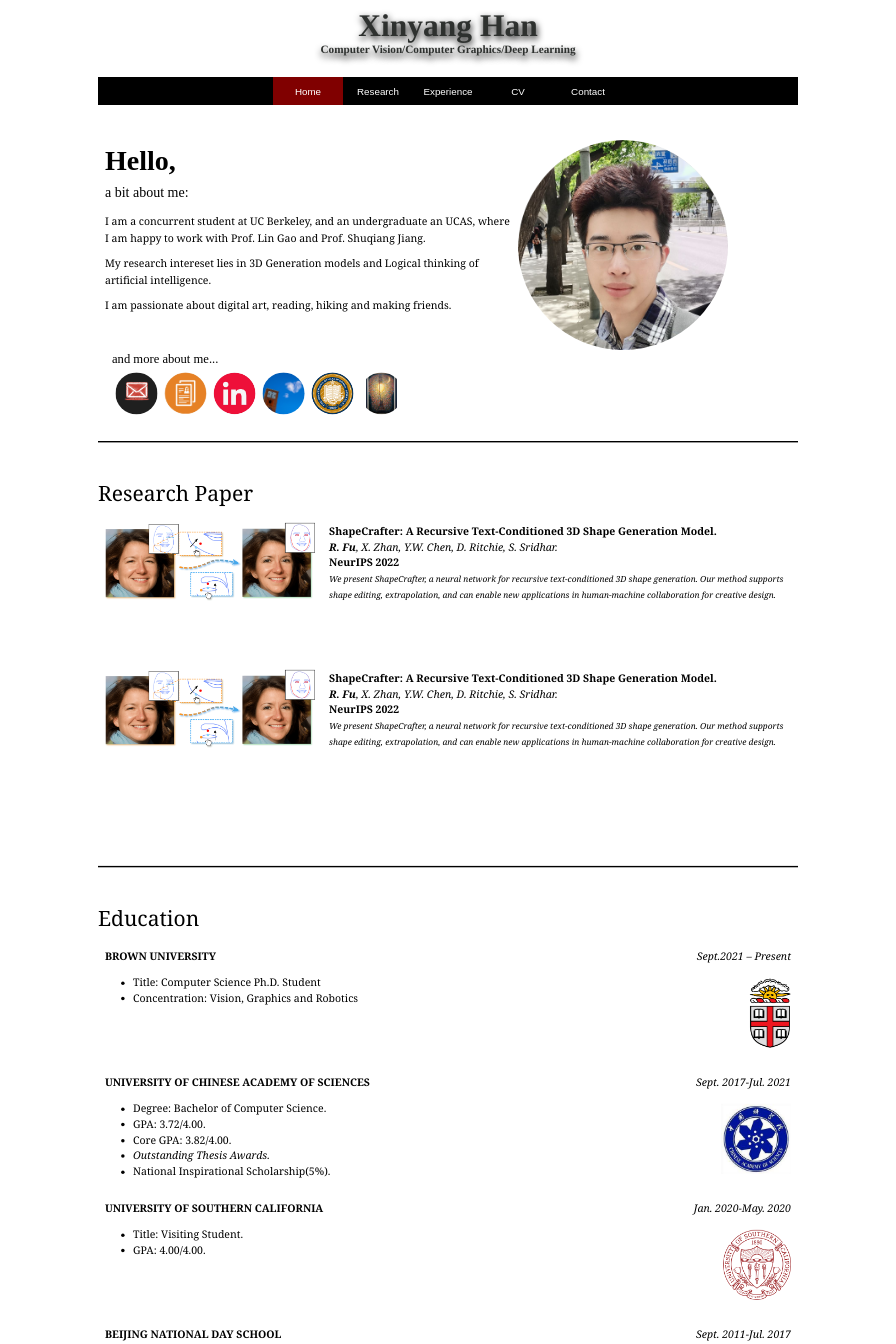
Repository: XinyangHan/XinyangHan.github.io
Page: index.html
The author's editor kept a copy of each file at every save. The page is drawn from the files as they stood at one save, then again after the next save.
The browser window is 1280 px wide. The pictures show the part of the page from y = 0 to 1920 px (the page is 3473 px tall), at 70% of full size.

Above is the page before, as saved 2023-02-11 14:12:28.
Console error (its wording comes from the project's code and is left out).

After the next save:
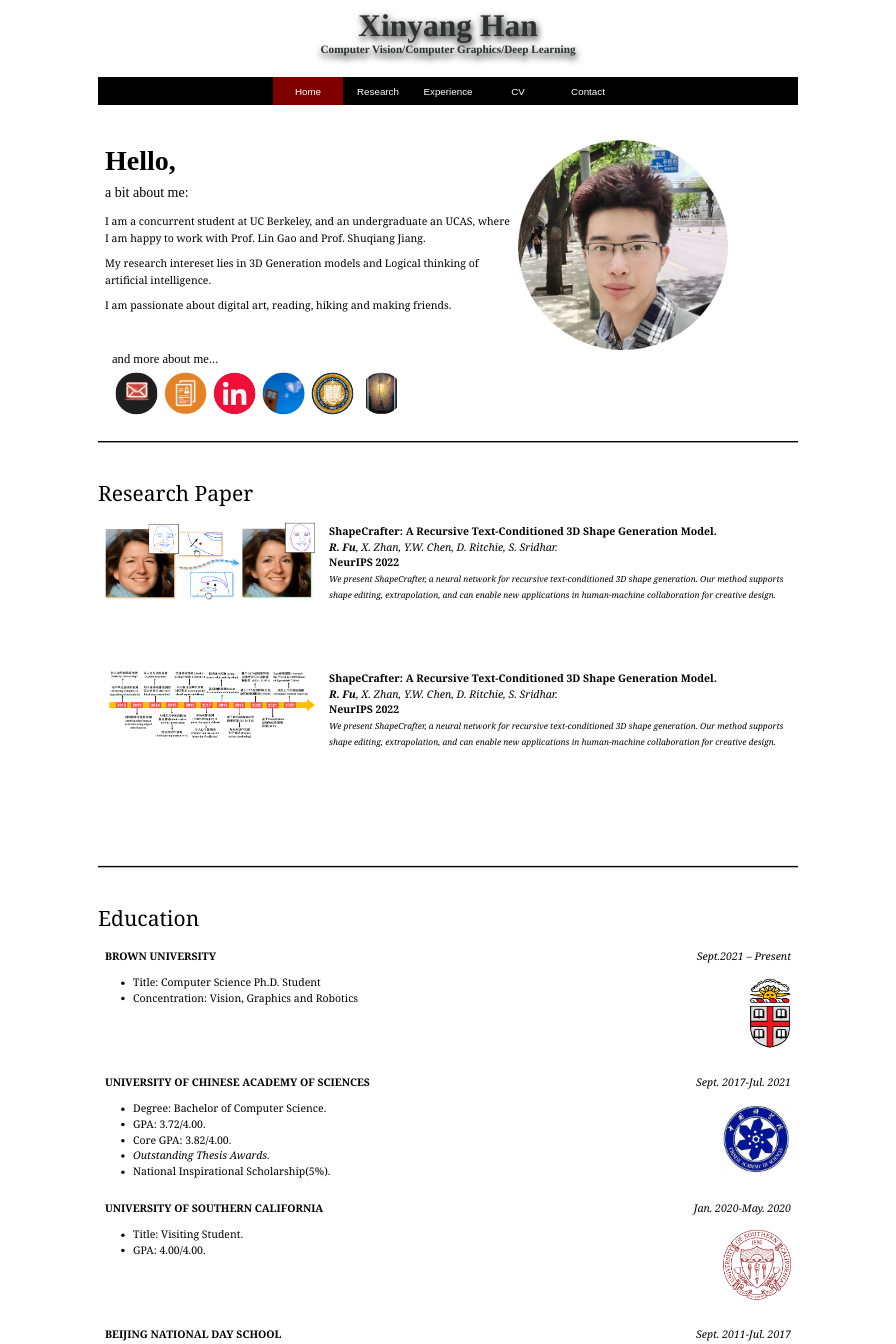
Saved 8 s later.
--- a/index.html
+++ b/index.html
@@ -200,7 +200,7 @@
 		<div class="c_public">
 			<div class="disp_wrapper">
 				<!-- <a href="./img/HRFormer.png" data-lightbox="project1" data-title="HRFormer2 Structure"> -->
-					<img src="./img/DeepFaceReshaping.png" class="project_img" title="ShapeCrafter Structure">
+					<img src="./img/ai_prediction.png" class="project_img" title="ShapeCrafter Structure">
 				<!-- </a> -->
 				<!-- <p class="small_font">click image for details</p> -->
 			</div>
